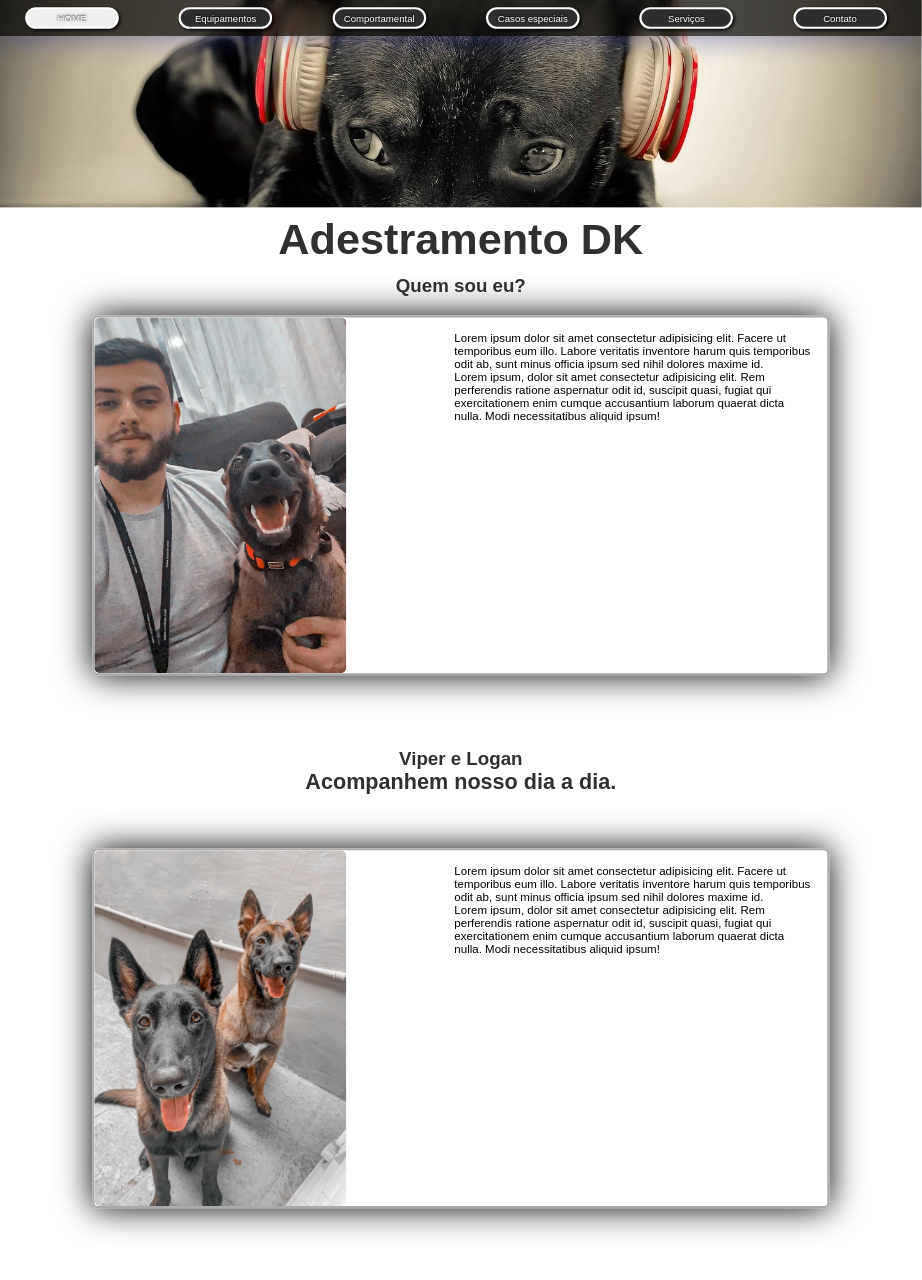
Repository: KevynMarques/Blog-React-StyledComponent
Page: /
An editor plug-in stored every save of this project. The page is shown before and after a run of saves, followed by the edit.
The browser window is 1280 px wide. The pictures show the whole page, at 72% of full size.
The project was rebuilt for these pictures with package versions that can differ from the ones it lists, and the page was loaded fresh each time. Also part of the build but not shown: src/Components/Equipamentos/style.jsx, src/Components/Equipamentos/index.jsx, src/Components/Comportamental/style.jsx, src/Components/Comportamental/index.jsx, src/Components/Clientes/style.jsx, src/Components/Clientes/index.jsx, src/Components/Serviços/index.jsx, src/Components/Contato/index.jsx.

Above is the page before, as saved 2022-02-11 13:12:23.

### src/App.js
import Home from './Components/Home';
import Sobre from './Components/Sobre/index';
import { useState, useEffect } from 'react';
import { GlobalStyle } from './GlobalStyle';
import Geral from './Components/Geral/index';

function App() {

  const [geral, setGeral]=useState(<Sobre />);

  return (
    <>
    <Home setGeral={setGeral} />
    <Geral geral={geral} />
    <GlobalStyle/>
   </>
  );
}

export default App;

### src/Components/Home/index.jsx
import React, {useState} from "react"
import { Home,  HomeB, Equip, Comportamental, MeusCaes, Serviços, Contato } from "./Style"
import Equipamentos from "../Equipamentos/index"
import Sobre from '../Sobre/index'
import Comport  from '../Comportamental/index'
import Clientes from '../Clientes/index'
import Serv from "../Serviços"
import Cont from '../Contato/index'



export default (props) => {

   const [ativo, setAtivo] = useState(false)


  return (
   <>
    <Home>

       <HomeB
         corTeste={ativo}
         onClick={() =>(props.setGeral(<Sobre />))}>
         <p>HOME</p>
       </HomeB>

       <Equip onClick={()=>(props.setGeral(<Equipamentos />))}>
        <p>Equipamentos</p>
       </Equip>

       <Comportamental onClick={() =>(props.setGeral(<Comport />))} >
         <p>Comportamental</p>
       </Comportamental>

       <MeusCaes onClick={() =>(props.setGeral(<Clientes />))} >
         <p>Casos especiais</p>
       </MeusCaes>

       <Serviços onClick={() =>(props.setGeral(<Serv />))}>
         <p>Serviços</p>
       </Serviços>

       <Contato onClick={() =>(props.setGeral(<Cont />))}>
         <p>Contato</p>
      </Contato>

    </Home>
    </>
  );
}

### src/Components/Sobre/index.jsx
import { Sobre, Tittle, Dogs, Baner} from "./style"
import Foto from '../Image/foto.png'
import LV from '../Image/LV.jpg';
import Dog from '../Image/Dog.png'

export default () => {
  return (
<>
     <Baner>
       <img src={Dog} />
     </Baner>

   <Tittle>
    <h1>Adestramento DK</h1>
      <h2>Quem sou eu?</h2>
    </Tittle>


  <Sobre>
    <section>
    <p>Lorem ipsum dolor sit amet consectetur adipisicing elit. Facere ut temporibus eum illo. Labore veritatis inventore harum quis temporibus odit ab, sunt minus officia ipsum sed nihil dolores maxime id.
      <br></br>
    Lorem ipsum, dolor sit amet consectetur adipisicing elit. Rem perferendis ratione aspernatur odit id, suscipit quasi, fugiat qui exercitationem enim cumque accusantium laborum quaerat dicta nulla. Modi necessitatibus aliquid ipsum!
    </p>
       <div>
        <img src={Foto} />
       </div>
    </section>
  </Sobre>


  <Tittle>
      <h2>Viper e Logan</h2>
      <p>Acompanhem nosso dia a dia.</p>
    </Tittle>

<Dogs>
<section>
    <p>Lorem ipsum dolor sit amet consectetur adipisicing elit. Facere ut temporibus eum illo. Labore veritatis inventore harum quis temporibus odit ab, sunt minus officia ipsum sed nihil dolores maxime id.
      <br></br>
    Lorem ipsum, dolor sit amet consectetur adipisicing elit. Rem perferendis ratione aspernatur odit id, suscipit quasi, fugiat qui exercitationem enim cumque accusantium laborum quaerat dicta nulla. Modi necessitatibus aliquid ipsum!
    </p>
       <div>
        <img src={LV} />
       </div>
    </section>
</Dogs>

</>

  );
}

### src/GlobalStyle.js
import { createGlobalStyle } from 'styled-components';
import styled from 'styled-components';

 export const GlobalStyle = createGlobalStyle`
  * {
    margin: 0;
    padding: 0;
    box-sizing: border-box;

  }
`;

### src/Components/Geral/index.jsx
import React from "react"

export default (props) => {

  return (

    <>
    {props.geral}
    </>

  );

}

### src/Components/Home/Style.jsx
import styled from "styled-components";


export const  Home  = styled.div `
     width: 100vw;
     height: 50px;
     margin: 0;
     position: fixed;
     z-index: 99999;
     background: rgba( 0, 0, 0, 0.7 );
     box-shadow: 0 8px 32px 0 rgba( 31, 38, 135, 0.37 );
     backdrop-filter: blur( 7.5px );
     -webkit-backdrop-filter: blur( 7.5px );
     color:white;
     display: flex;
     align-items: center;
     justify-content: center;
`;

export const HomeB = styled.button `

font-family: Arial, Helvetica, sans-serif;
font-style:normal;
color:#ffffff;
border:3px solid #ffffff;
text-shadow:0px -1px 3px #000000;
box-shadow:2px 2px 5px #000000;
-moz-box-shadow:2px 2px 5px #000000;
-webkit-box-shadow:2px 2px 5px #000000;
border-radius:25px 25px 25px 25px;
-moz-border-radius:25px 25px 25px 25px;
-webkit-border-radius:25px 25px 25px 25px;
width:130px;
height: 30px;
background:${props => props.corTeste};

&:hover {
  background-color: black;
}

cursor:pointer;
margin:0 auto;
margin-left: 35px;

&:active {
  transform: scale(0.9);
}

`;


export const Equip = styled(HomeB) `

background:#2e2e2e;

`;

export const Comportamental = styled(HomeB) `

background:#2e2e2e;

`;


export const MeusCaes = styled(HomeB) `

background:#2e2e2e;

`;


export const Serviços = styled(HomeB) `

background:#2e2e2e;

`;

export const Contato = styled(HomeB) `

background:#2e2e2e;

`;

### src/Components/Sobre/style.jsx
import styled from "styled-components";

export const Baner= styled.div `
  width: 100%;
  height: 40vh;


    img {
    width: 100%;
    height: 100%;
    object-fit: cover;

    }
`;


export const Tittle = styled.h1`
@import url('https://fonts.googleapis.com/css2?family=Prompt:ital,wght@1,300&display=swap');
color: #312f2f;
font-size: 30px;
font-family: 'Prompt', sans-serif;
text-align: center;
height: 40px;
margin-top: 10px;

      h2 {
      font-size:26px ;
      margin-top: 15px;
      }
`;

export const  Sobre  = styled.section `
  height: 500px;
  border: solid 3px #aaaaaa;
  width: 80vw;
  margin: 100px  10%;
  border-radius: 8px;
  box-shadow: 0 0 3em Black;
  display: flex;


  div {
    width: 35%;
    height:494px;
    margin-top: -146px;
  }

  img {
    object-fit: cover;
    width: 100%;
    height: 100%;
    border-radius: 8px;
  }

p {
    width: 500px;
    margin-left: 500px;
    margin-top: 20px;
    font-size: 16px;
    font-family: Arial, Helvetica, sans-serif;
  }
`;



export const  Dogs  = styled(Sobre) `

`;

Loaded but not shown: public/index.html (common file); src/index.js (common file)

After the next 2 saves:
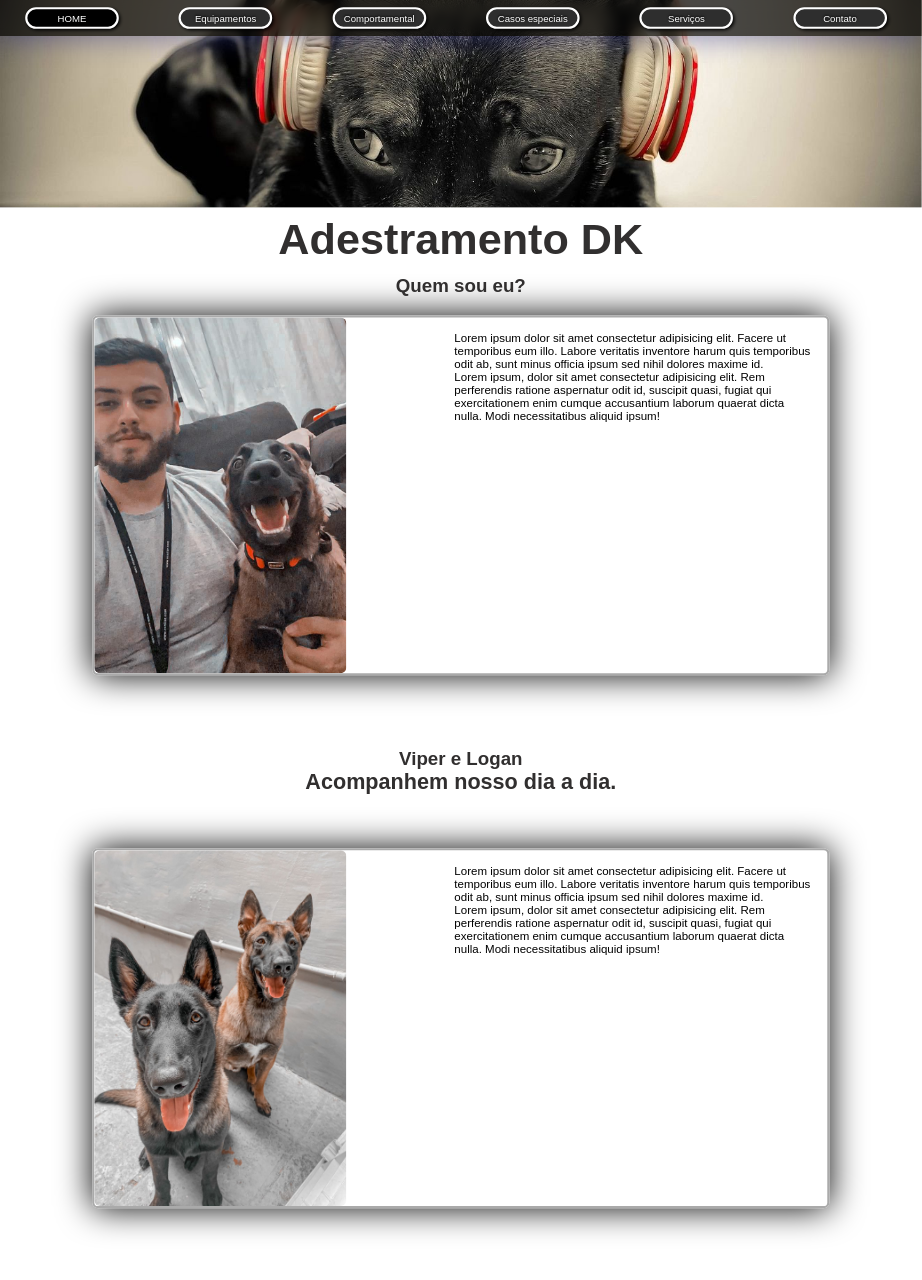
The 2 saves are shown as one change because they came seconds apart.
The last was saved 69 s later.
--- a/src/Components/Home/index.jsx
+++ b/src/Components/Home/index.jsx
@@ -19,7 +19,7 @@
     <Home>
 
        <HomeB
-         corTeste={ativo}
+         corTeste='#000'
          onClick={() =>(props.setGeral(<Sobre />))}>
          <p>HOME</p>
        </HomeB>
